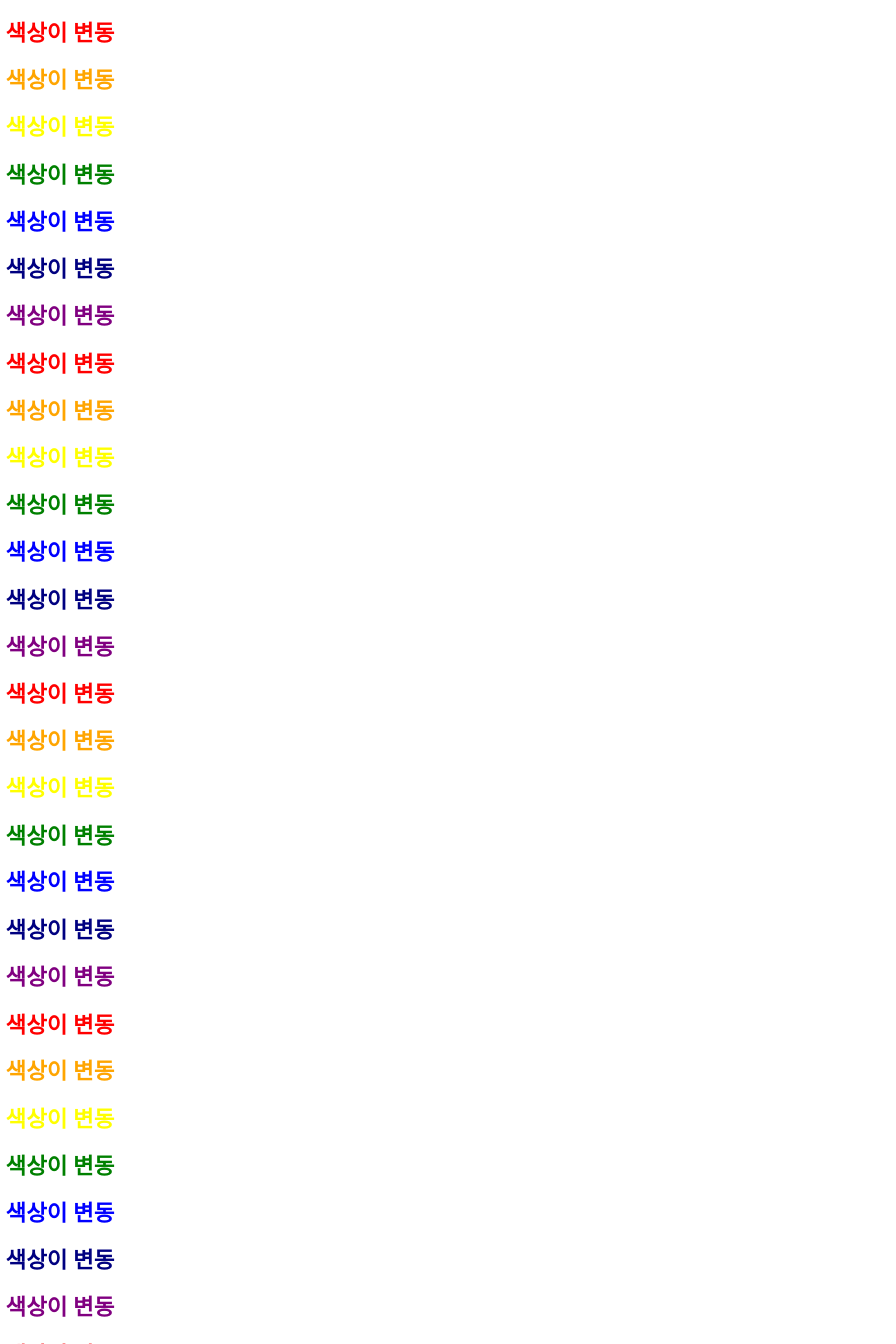
Repository: MySunTY/JSP
Page: http://localhost/JSP07/color.jsp
These files come from the project's save history. The page is drawn as it stood at one moment and after the next save; the edit follows.
The browser window is 1280 px wide. The pictures show the part of the page from y = 0 to 1920 px (the page is 7709 px tall before and 7809 px after), at 70% of full size.
The page is served by Tomcat 9.

Above is the page before, as saved 2024-05-16 02:48:31.

After the next save:
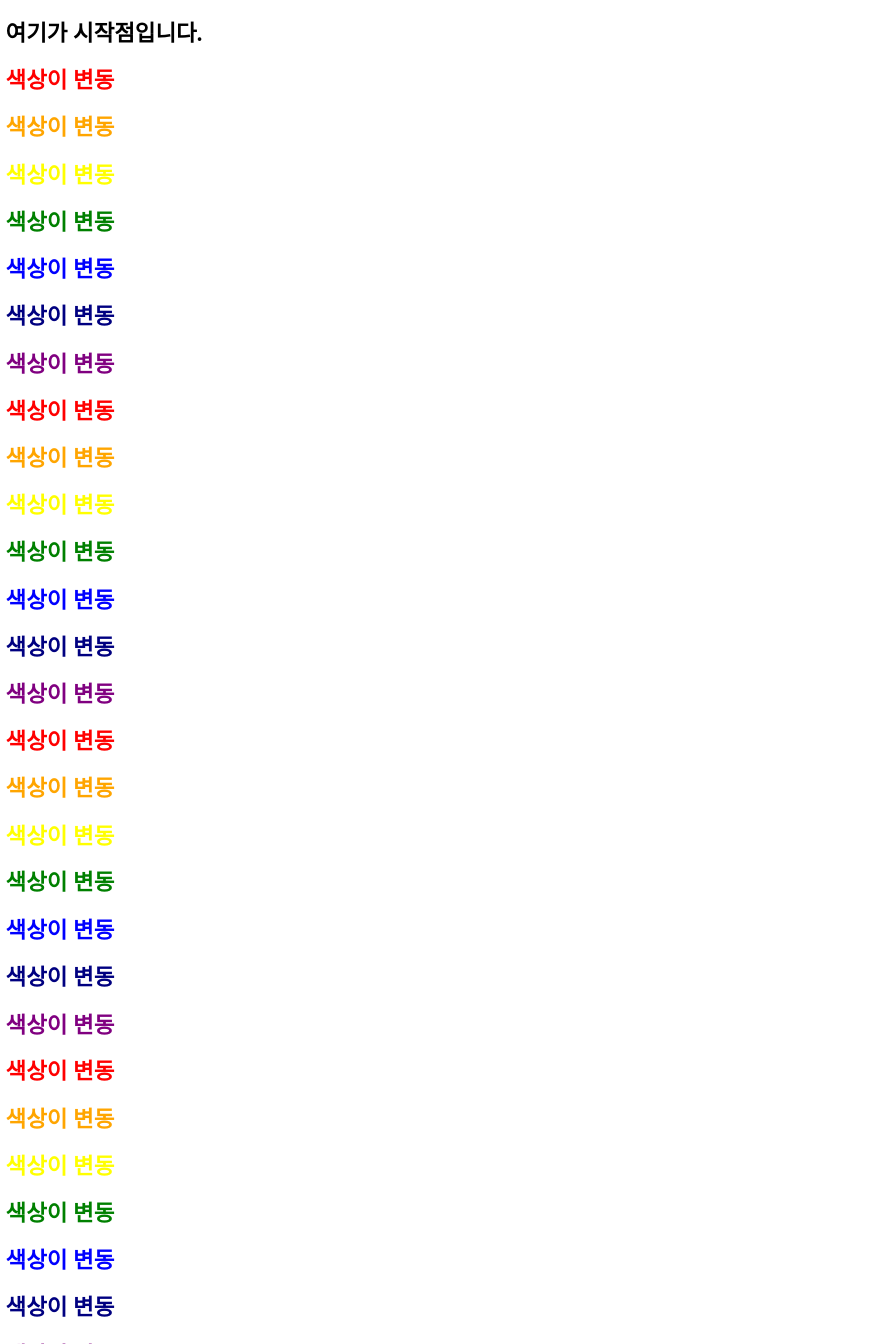
Saved 2 min 14 s later.
--- a/JSP07/src/main/webapp/color.jsp
+++ b/JSP07/src/main/webapp/color.jsp
@@ -8,6 +8,8 @@
 		<title>색상 변경</title>
 	</head>
 	<body>
+		<h1 id="start">여기가 시작점입니다.</h1>
+
 		<!-- <h1 style="color:red">색상이 변동</h1>
 		<h1 style="color:orange">색상이 변동</h1>
 		<h1 style="color:yellow">색상이 변동</h1>
@@ -81,7 +83,7 @@
 
 
 
-
+		<a href="#start">처음으로 이동</a>
 
 
 
